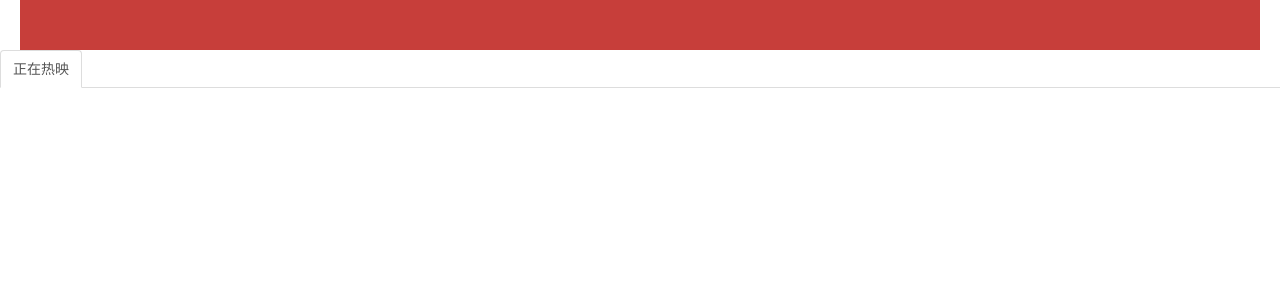
Repository: Elnnie/FilmIntegration
Page: http://localhost/FilmIntegration/index.jsp
An editor plug-in stored every save of this project. The page is shown before and after the next save, followed by the edit.
The browser window is 1280 px wide. The pictures show the whole page.
The page is served by Tomcat 9.

Above is the page before, as saved 2017-06-05 14:10:48.

After the next save:
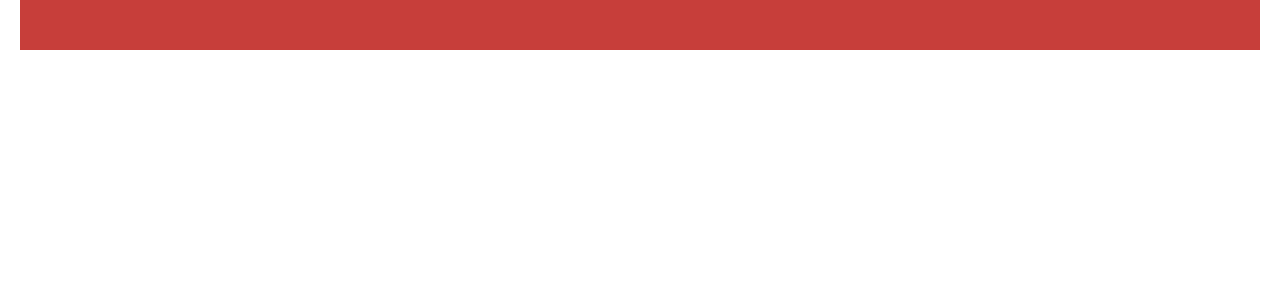
Saved 32 s later.
--- a/FilmIntegration/WebContent/index.jsp
+++ b/FilmIntegration/WebContent/index.jsp
@@ -19,18 +19,7 @@
 		</div>
 	</div>
 
-	<div class="row-fluid">
-		<div class="span12">
 
-				<ul class="nav nav-tabs">
-						<li class="active">
-							<a href="#">正在热映</a>
-						</li>
-
-					</ul>
-
-		</div>
-	</div>
 
 </body>
 </html>
